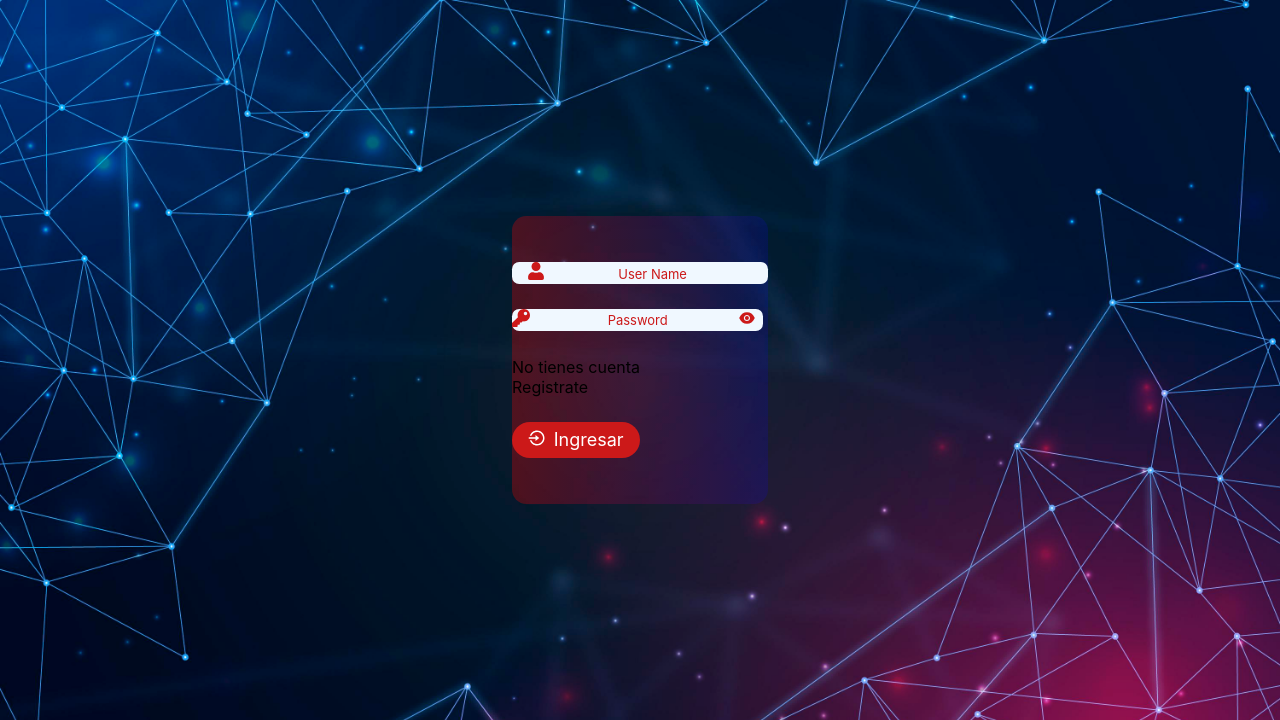
Repository: Davic1o/FrontendMunicipio
Page: /
These files come from the project's save history. The page is drawn as it stood at one moment and after the next save; the edit follows.
The browser window is 1280 px wide. The pictures show the whole page.
The project was rebuilt for these pictures with package versions that can differ from the ones it lists, and the page was loaded fresh each time.

Above is the page before, as saved 2024-02-21 18:28:17.

### src/index.css
*{
  user-select: none;
  cursor: default;
}


body {
  margin: 0;
  font-family: -apple-system, BlinkMacSystemFont, 'Segoe UI', 'Roboto', 'Oxygen',
    'Ubuntu', 'Cantarell', 'Fira Sans', 'Droid Sans', 'Helvetica Neue',
    sans-serif;
  -webkit-font-smoothing: antialiased;
  -moz-osx-font-smoothing: grayscale;
}

code {
  font-family: source-code-pro, Menlo, Monaco, Consolas, 'Courier New',
    monospace;
}
input {
  border: none;
  outline: none;
  margin: 0;
  padding: 0;
  background: none;
  font-family: inherit;
  color: inherit;
  text-align: left;
}

input:focus {
  outline: none;
}

:root{

  --color-primario: #cc1919;
  --color-secundario: #cc1919ab;
  --color-blanco: #ffffff;
}

### src/App.jsx
import Rutas from './routes/Rutas'

function App() {
  return (
    <>
      <Rutas/>
    </>
  );
}

export default App;

### src/routes/Rutas.jsx
import React from 'react'
import { Routes, Route } from 'react-router-dom';
import Login from '../pages/Login';


function Rutas() {
  return (

      <Routes>
          <Route path="/" element={<Login/>} />
      </Routes>
  )
}

export default Rutas

### src/pages/Login.jsx
import React from 'react'
import InputTexto from '../components/inputs/InputTexto'
import InputPass from '../components/inputs/InputPass'
import BotonAcceso from '../components/botones/BotonAcceso'

import './login.css'
import { FaUser, FaKey  } from "react-icons/fa";
import { RiLoginCircleLine } from "react-icons/ri";

function Login() {
  return (
    <div>
        <div className="login__container">
            <div className="login__form">
                <div className="form form__userName">
                <div className="input__userName">
                <InputTexto Icono={<FaUser/>} Placeholder="User Name"/>
                </div>
                </div>
                <div className="form form__userPass">
                <div className="input__userPass">
                <InputPass Icono={<FaKey />} Placeholder="Password"/>
                </div>
                </div>

                <div className="form form__register">
                <div className="text__register">
                No tienes cuenta
                <div className="link__register">Registrate</div>
                </div>
                </div>

                <div className="form form__acept">
                    <div className="button__acept">
                        <BotonAcceso Icono={<RiLoginCircleLine />} NombreBoton='Ingresar'/>
                    </div>
                </div>

            </div>
        </div>

    </div>
  )
}

export default Login

### src/components/inputs/InputTexto.jsx
import React from 'react'
import './inputTexto.css'

function InputTexto({Icono, Placeholder}) {
    const TipoInput = Placeholder;
  return (
    <>
    <div className="contenedor__inputTexto">
        <div className="inf__inputTexto">
            <div className="icono__inputTexto">
                {Icono}
            </div>
            <div className="campo__inputTexto">
            <input type="text" className='inputTexto' placeholder={TipoInput} />
            </div>
        </div>
    </div>
    </>
  )
}

export default InputTexto

### src/components/inputs/InputPass.jsx
import React, { useState } from 'react';
import { AiFillEye, AiFillEyeInvisible } from 'react-icons/ai';
import './inputPass.css';

function InputPass({ Icono, Placeholder }) {
  const [mostrarContrasenia, setMostrarContrasenia] = useState(false);
  const TipoInput = mostrarContrasenia ? 'text' : 'password';
  const IconoVisualizacion = mostrarContrasenia ? (
    <AiFillEyeInvisible />
  ) : (
    <AiFillEye />
  );

  return (
    <>
      <div className="contenedor__inputPass">
        <div className="inf__inputPass">
          <div className="icono__inputPass">{Icono}</div>
          <div className="campo__inputPass">
            <input
              type={TipoInput}
              className="inputPass"
              placeholder={Placeholder}
            />

          </div>
          <div
              className="vista__inputPass"
              onClick={() => setMostrarContrasenia(!mostrarContrasenia)}
            >
              {IconoVisualizacion}
            </div>
        </div>
      </div>
    </>
  );
}

export default InputPass;

### src/components/botones/BotonAcceso.jsx
import React from 'react'
import './botonAcceso.css'

function BotonAcceso({Icono,NombreBoton}) {
    const TextoBoton = NombreBoton;
  return (
    <>
    <div className="contenedorBotonAcceso">
        <div className="inf__botonAcceso">
            <div className="icono__botonAcceso">
                {Icono}
            </div>
            <div className="texto__botonAcceso">
                {TextoBoton}
            </div>

        </div>
    </div>

    </>
  )
}

export default BotonAcceso

### src/pages/login.css
.login__container{
    background-image:  url('../images/fondo_informacion.jpg');
    background-size: cover;
    height: 100vh;
    width: 100vw;
    box-sizing: border-box;
    display: flex;
    align-items: center;
    justify-content: center;
    z-index: 0;
}
.login__form{
    width: 20vw;
    height: 40vh;
    display: flex;
    flex-direction: column;
    justify-content: center;
    align-items: center;
    border-radius: 2vh;
    background: linear-gradient(to right, rgba(253, 0, 0, 0.288) 1%, rgba(16, 0, 235, 0.171));
}
.form{
    margin: 1vw;
    width: 100%;
    display: flex;
    justify-content: start;
}
.input__userName, .input__userPass{
    width: 100%;
    display: flex;
    justify-content: start;
}

### src/components/inputs/inputTexto.css
.contenedor__inputTexto{
    display: flex;
    flex-direction: row;
    justify-content: center;
    align-items: center;
    font-size: 2.5vh;
    border-radius: 1vh;
    cursor: pointer;
    width: 100%;
    background-color: aliceblue;
  }

  .inf__inputTexto{
    display: flex;
    justify-content: center;
    align-items: center;
  }

  .icono__inputTexto{
    color: var(--color-primario);
    margin-right: 1vh;
}
.campo__inputTexto{
  flex: 1;
}
.inputTexto{
  width: 100%;
    font-size: 1.8vh;
    color: var(--color-primario);
    transition: border 0.3s ease;
}
.inputTexto::placeholder{
    font-size: 1.8vh;
    color: var(--color-primario);
    text-align: center;
    transition: opacity 0.3s ease, transform 0.3s ease;
}

.inputTexto:focus::placeholder {
    opacity: 0;
    transform: scale(1);
  }

.inputTexto:focus {
    font-size: 1.8vh;
    color: var(--color-primario);
    font-weight:bold;
    border-bottom: 3px solid var(--color-primario);
 animation: borderAnimation 3s infinite alternate;
  }

  @keyframes borderAnimation {
    from {
      border-color: rgb(255, 255, 255); /* Cambia el color del borde al inicio de la animación */
    }
    to {
      border-color: rgb(255, 0, 0); /* Cambia el color del borde al final de la animación */
    }
  }

### src/components/inputs/inputPass.css
.contenedor__inputPass{
    display: flex;
    flex-direction: row;
    justify-content: center;
    align-items: center;
    font-size: 2.5vh;
    border-radius: 1vh;
    cursor: pointer;
    background-color: aliceblue;
}
.inf__inputPass{
    display: flex;
    justify-content: center;
    align-items: center;
}
.icono__inputPass, .vista__inputPass{
    color: var(--color-primario);
    margin-right: 1vh;
}
.vista__inputPass{
  cursor: pointer;
}
.vista__inputPass:first-child{
  cursor: pointer;
}
.inputPass{
    font-size: 1.8vh;
    color: var(--color-primario);
    transition: border 0.3s ease;
}
.inputPass::placeholder{
    font-size: 1.8vh;
    color: var(--color-primario);
    text-align: center;
    transition: opacity 0.3s ease, transform 0.3s ease;
}

.inputPass:focus::placeholder {
    opacity: 0;
    transform: scale(1);
  }

.inputPass:focus {
    font-size: 1.8vh;
    color: var(--color-primario);
    font-weight:bold;
    border-bottom: 3px solid var(--color-primario);
 animation: borderAnimation 3s infinite alternate;
  }

  @keyframes borderAnimation {
    from {
      border-color: rgb(255, 255, 255); /* Cambia el color del borde al inicio de la animación */
    }
    to {
      border-color: rgb(255, 0, 0); /* Cambia el color del borde al final de la animación */
    }
  }
  .campo__inputPass{
    display: flex;
  }

### src/components/botones/botonAcceso.css
.contenedorBotonAcceso{
    display: flex;
    flex-direction: row;
    justify-content: center;
    align-items: center;
    height: 5vh;
    width: 10vw;
    font-size: 2.5vh;
    border-radius: 3vh;
    cursor: pointer;
    background-color: var(--color-primario);
}
.inf__botonAcceso{
    display: flex;
    color: var(--color-blanco);
}

.contenedorBotonAcceso:hover .inf__botonAcceso .icono__botonAcceso{
    animation: spiner 1 0.5s linear;
}
.contenedorBotonAcceso:hover {
    background-color: var(--color-secundario);
}

.icono__botonAcceso{
    margin-right: 1vh;
    font-weight: bold
}

@keyframes spiner {
    from {
      transform: rotate(0deg);
    }
    to {
      transform: rotate(360deg);
    }
  }

Loaded but not shown: public/index.html (common file); src/index.js (common file); src/reportWebVitals.js (common file)

After the next save:
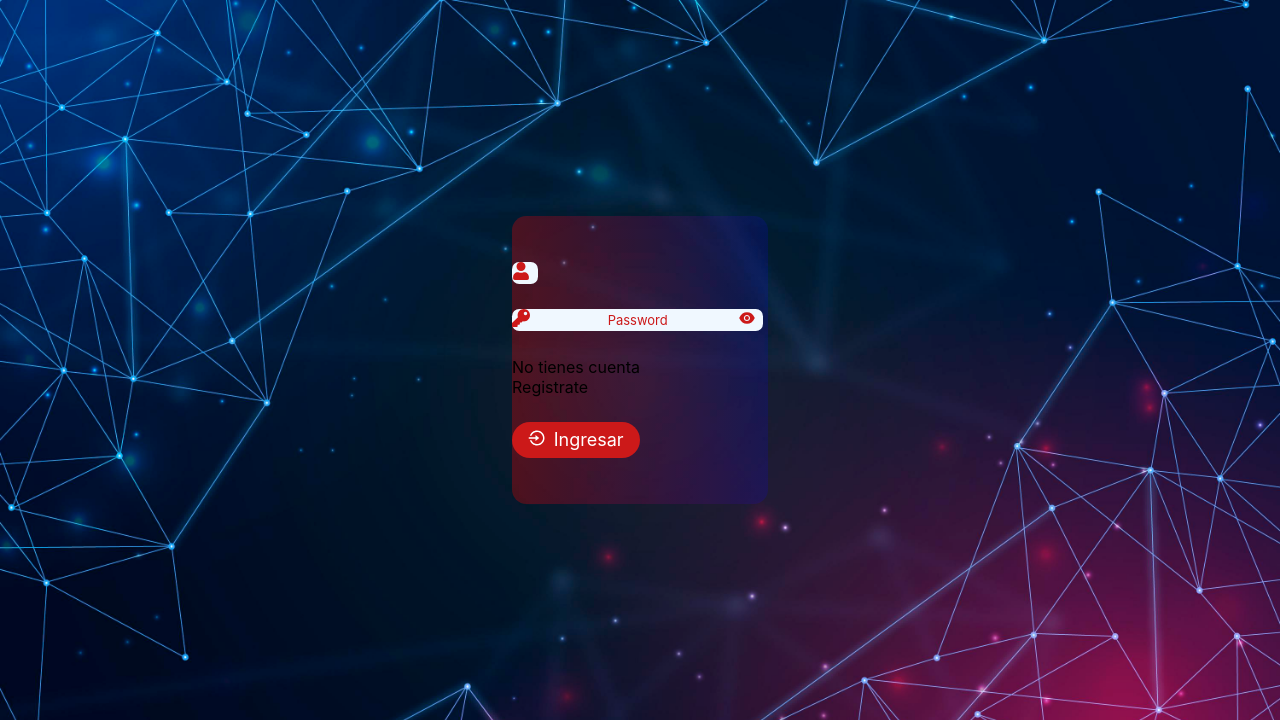
Saved 12 s later.
--- a/src/pages/login.css
+++ b/src/pages/login.css
@@ -26,7 +26,7 @@
     justify-content: start;
 }
 .input__userName, .input__userPass{
-    width: 100%;
+    width: 10%;
     display: flex;
     justify-content: start;
 }

After the 3 saves that followed:
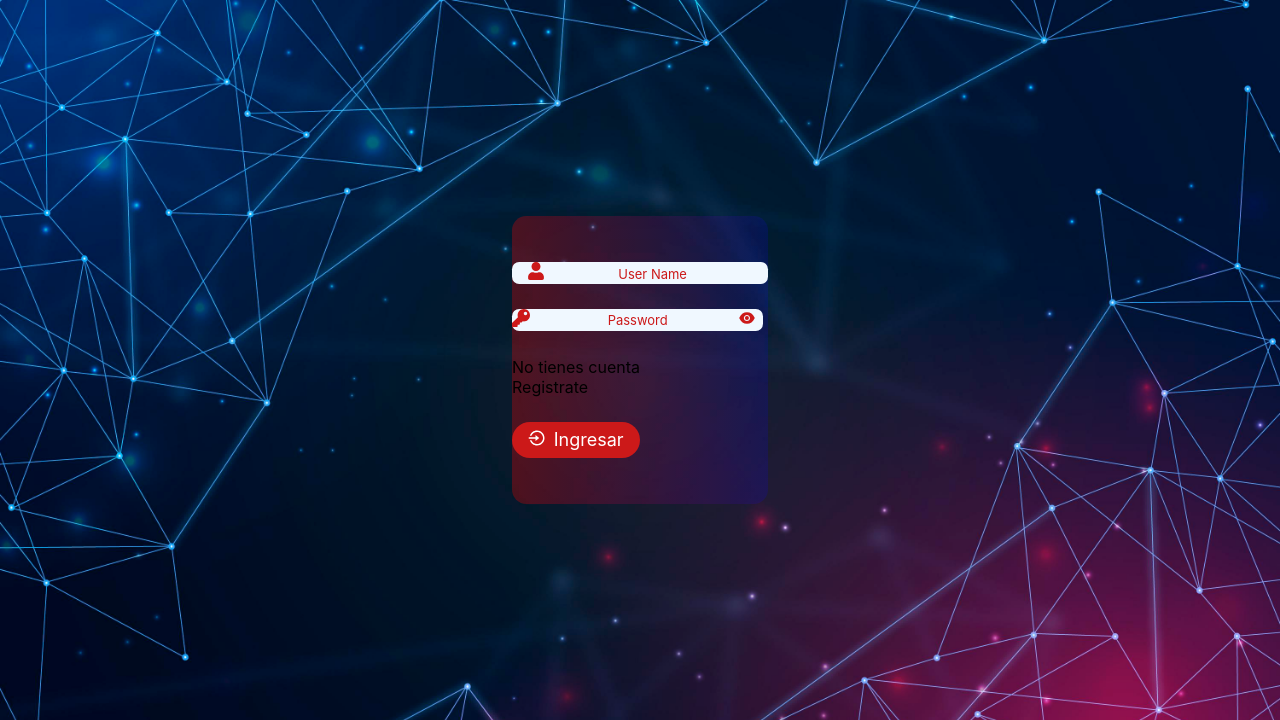
The 3 saves are shown as one change because they came seconds apart.
The last was saved 10 s later.
--- a/src/pages/login.css
+++ b/src/pages/login.css
@@ -26,7 +26,7 @@
     justify-content: start;
 }
 .input__userName, .input__userPass{
-    width: 10%;
+    width: 100%;
     display: flex;
     justify-content: start;
 }
